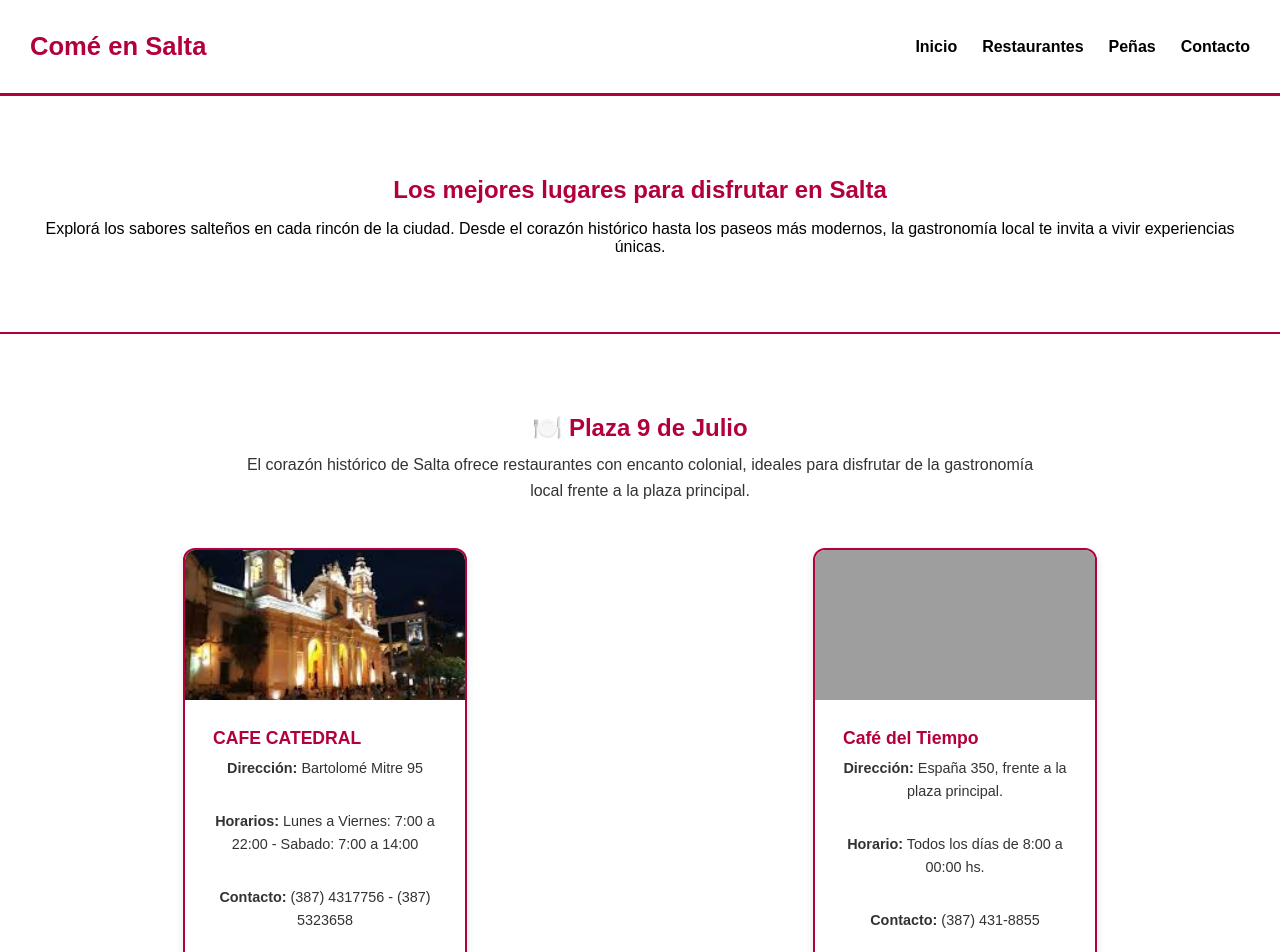
Repository: nahir95/come-en-salta
Page: restaurantes.html
These files come from the project's save history. The page is drawn as it stood at one moment and after the next save; the edit follows.
The browser window is 1280 px wide. The pictures show the part of the page from y = 0 to 952 px (the page is 3301 px tall before and 4339 px after).
Pictures or frames that could not be fetched are drawn as grey boxes.

Above is the page before, as saved 2025-11-12 01:02:48.

### restaurantes.html
<!doctype html>
<html lang="es">
<head>
  <meta charset="utf-8" />
  <meta name="viewport" content="width=device-width, initial-scale=1" />
  <title>Restaurantes - Comé en Salta</title>
  <link rel="stylesheet" href="style.css">
</head>

<body>
  <header>
    <h1>Comé en Salta</h1>
    <nav>
      <a href="index.html">Inicio</a>
      <a href="restaurantes.html">Restaurantes</a>
      <a href="penas.html">Peñas</a>
      <a href="#contacto">Contacto</a>
    </nav>
  </header>

  <main class="restaurantes">
    <section class="intro">
      <h2>Los mejores lugares para disfrutar en Salta</h2>
      <p>Explorá los sabores salteños en cada rincón de la ciudad. Desde el corazón histórico hasta los paseos más modernos, la gastronomía local te invita a vivir experiencias únicas.</p>
    </section>

    <!-- PLAZA 9 DE JULIO -->
<section id="plaza9" class="zona">
  <h2>🍽️ Plaza 9 de Julio</h2>
  <p>El corazón histórico de Salta ofrece restaurantes con encanto colonial, ideales para disfrutar de la gastronomía local frente a la plaza principal.</p>

  <div class="zona-grid">

    <!-- Restaurante 1 -->
    <article class="card restaurante">
      <img src="imagenes/cafe-catedral.jpeg" alt="El Solar del Convento">
      <div class="card-content">
        <h3>CAFE CATEDRAL</h3>
        <p><strong>Dirección:</strong> Bartolomé Mitre 95</p>
        <p><strong>Horarios:</strong> Lunes a Viernes: 7:00 a 22:00 - Sabado: 7:00 a 14:00</p>
        <p><strong>Contacto:</strong> (387) 4317756 - (387) 5323658</p>
        <div class="btns-resto">
          <a href="https://maps.app.goo.gl/VMKrjFsvunXBDcr2A" target="_blank" class="btn">📍 Cómo llegar</a>
          <a href="https://www.instagram.com/cafecatedral_?igsh=MnE1amYwa3dqeDF6" target="_blank" class="btn btn-secundario">📸 Instagram</a>
        </div>
      </div>
    </article>

    <!-- Restaurante 2 -->
    <article class="card restaurante">
      <img src="https://images.unsplash.com/photo-1565299624946-b28f40a0ae38?w=800" alt="Café del Tiempo">
      <div class="card-content">
        <h3>Café del Tiempo</h3>
        <p><strong>Dirección:</strong> España 350, frente a la plaza principal.</p>
        <p><strong>Horario:</strong> Todos los días de 8:00 a 00:00 hs.</p>
        <p><strong>Contacto:</strong> (387) 431-8855</p>
        <div class="btns-resto">
          <a href="https://maps.app.goo.gl/aVRKk2ktTgN1WvZt8" target="_blank" class="btn">📍 Cómo llegar</a>
          <a href="https://www.instagram.com/cafedeltiemposalta" target="_blank" class="btn btn-secundario">📸 Instagram</a>
        </div>
      </div>
    </article>

  </div>
</section>


    <!-- PASEO BALCARCE -->
    <section id="balcarce" class="zona">
      <h2>🎶 Paseo Balcarce</h2>
      <p>Uno de los lugares más animados de la ciudad. Aquí se mezclan la comida regional, la música y la vida nocturna salteña. Peñas, bares y restaurantes llenan de energía cada noche.</p>

      <div class="zona-grid">
        <article class="card">
          <img src="https://images.unsplash.com/photo-1528605248644-14dd04022da1?w=800" alt="Paseo Balcarce Salta">
          <h3>La Vieja Estación</h3>
          <p>Tradicional peña y restaurante con show en vivo. Ideal para probar empanadas y locro.</p>
        </article>
        <article class="card">
          <img src="https://images.unsplash.com/photo-1600891964599-f61ba0e24092?w=800" alt="Restaurante moderno en Balcarce">
          <h3>La Monumental</h3>
          <p>Restaurante moderno con opciones gourmet y coctelería de autor.</p>
        </article>
      </div>
    </section>

    <!-- PASEO GÜEMES -->
    <section id="guemes" class="zona">
      <h2>🍷 Paseo Güemes</h2>
      <p>La zona joven y moderna de Salta. Ideal para quienes buscan cocina contemporánea, bares y terrazas con estilo. Un punto de encuentro entre turistas y locales.</p>

      <div class="zona-grid">
        <article class="card">
          <img src="https://images.unsplash.com/photo-1615719413546-198b25453f85?w=800" alt="Paseo Güemes">
          <h3>El Charrúa</h3>
          <p>Especialidad en carnes a la parrilla y vinos de altura. Un clásico salteño imperdible.</p>
        </article>
        <article class="card">
          <img src="https://images.unsplash.com/photo-1551218808-94e220e084d2?w=800" alt="Café moderno">
          <h3>Baco Resto Bar</h3>
          <p>Ambiente moderno y excelente coctelería, ideal para compartir entre amigos.</p>
        </article>
      </div>
    </section>

    <!-- CADENAS DE COMIDAS RÁPIDAS -->
    <section id="rapidas" class="zona">
      <h2>🍔 Cadenas de Comidas Rápidas</h2>
      <p>También hay opciones para quienes buscan algo rápido y conocido. Las principales cadenas se encuentran cerca del centro y los shoppings.</p>

      <ul class="lista-rapidas">
        <li>McDonald’s – Shopping Alto NOA</li>
        <li>Burger King – Caseros 500</li>
        <li>Mostaza – Paseo Güemes</li>
        <li>Subway – Balcarce 50</li>
      </ul>
    </section>

    <!-- EXTRA: RESTAURANTES DESTACADOS -->
    <section id="destacados" class="zona">
      <h2>⭐ Recomendados por los turistas</h2>
      <p>Según visitantes y locales, estos son algunos de los restaurantes imperdibles para vivir la experiencia completa de la gastronomía salteña.</p>
      <div class="zona-grid">
        <article class="card">
          <img src="https://images.unsplash.com/photo-1504674900247-0877df9cc836?w=800" alt="Empanadas salteñas">
          <h3>Doña Salta</h3>
          <p>Empanadas caseras, locro y guisos típicos en un ambiente colonial.</p>
        </article>
        <article class="card">
          <img src="https://images.unsplash.com/photo-1601924582971-c8b28a3a13f1?w=800" alt="Locro salteño">
          <h3>El Patio de la Empanada</h3>
          <p>Conocido por su sabor auténtico y precios populares. Ideal para turistas.</p>
        </article>
      </div>
    </section>
  </main>

  <footer>
    Creado con ❤️ por Comé en Salta · 2025
  </footer>
</body>
</html>

### style.css
/* ==========================
   ESTILOS GENERALES
========================== */
body {
  margin: 0;
  font-family: 'Poppins', sans-serif;
  background-color: #fff;
  color: #000;
}

/* ==========================
   HEADER
========================== */
header {
  display: flex;
  justify-content: space-between;
  align-items: center;
  background-color: #fff;
  padding: 15px 30px;
  border-bottom: 3px solid #b3003c;
}

header h1 {
  color: #b3003c;
  font-size: 1.6rem;
}

nav {
  display: flex;
  gap: 25px;
}

nav a {
  text-decoration: none;
  color: #000;
  font-weight: 600;
  transition: color 0.3s ease;
}

nav a:hover {
  color: #b3003c;
}

/* ==========================
   CARRUSEL (HERO)
========================== */
.hero {
  position: relative;
  width: 100%;
  overflow: hidden;
}

.carousel-container {
  position: relative;
  width: 100%;
  height: 80vh;
}

.carousel {
  display: flex;
  width: 300%;
  transition: transform 0.8s ease-in-out;
}

.carousel img {
  width: 100%;
  height: 80vh;
  object-fit: cover;
  filter: brightness(0.7);
}

/* Botones del carrusel */
.btn-carrusel {
  position: absolute;
  top: 50%;
  transform: translateY(-50%);
  background-color: rgba(179, 0, 60, 0.8);
  color: white;
  border: none;
  font-size: 2rem;
  padding: 10px 15px;
  cursor: pointer;
  border-radius: 50%;
  transition: background 0.3s ease;
}

.btn-carrusel:hover {
  background-color: #b3003c;
}

#prev { left: 20px; }
#next { right: 20px; }

/* Texto sobre el carrusel */
.overlay {
  position: absolute;
  top: 50%;
  left: 50%;
  transform: translate(-50%, -50%);
  color: white;
  text-align: center;
  text-shadow: 0 2px 5px rgba(0,0,0,0.7);
}

.overlay h2 {
  font-size: 2rem;
  color: #fff;
  margin-bottom: 10px;
}

.overlay p {
  font-size: 1.2rem;
}

/* ==========================
   SECCIÓN INICIO
========================== */
.inicio {
  text-align: center;
  padding: 80px 20px;
  background-color: #fff;
}

.inicio h2 {
  color: #b3003c;
  font-size: 2rem;
  margin-bottom: 15px;
}

.inicio p {
  max-width: 800px;
  margin: 0 auto 30px auto;
  color: #333;
  line-height: 1.6;
}

/* BOTONES PRINCIPALES */
.inicio-buttons .btn {
  display: inline-block;
  margin: 10px;
  padding: 12px 24px;
  border: 2px solid #b3003c;
  border-radius: 8px;
  color: #b3003c;
  background: transparent;
  text-decoration: none;
  font-weight: 600;
  transition: all 0.3s ease;
}

.inicio-buttons .btn:hover {
  background: #b3003c;
  color: white;
}
/* ==========================
   SECCIÓN "POR QUÉ COMER EN SALTA"
========================== */
.porque {
  text-align: center;
  padding: 60px 20px;
  background-color: #f7f7f7;
  border-top: 2px solid #b3003c;
  border-bottom: 2px solid #b3003c;
}

.porque h2 {
  color: #b3003c;
  margin-bottom: 15px;
}

.porque p {
  max-width: 800px;
  margin: auto;
  font-size: 1.1rem;
  color: #333;
  line-height: 1.6;
}

/* ==========================
   SABORES
========================== */
.sabores {
  padding: 60px 20px;
  background-color: #fff;
  text-align: center;
}

.sabores h2 {
  color: #b3003c;
  margin-bottom: 25px;
}

.sabores-grid {
  display: grid;
  grid-template-columns: repeat(auto-fit, minmax(220px, 1fr));
  gap: 25px;
}

.plato {
  background: #fff;
  border-radius: 12px;
  border: 2px solid #b3003c;
  overflow: hidden;
  transition: transform 0.3s ease, box-shadow 0.3s ease;
}

.plato:hover {
  transform: scale(1.05);
  box-shadow: 0 4px 12px rgba(0,0,0,0.15);
}

.plato img {
  width: 100%;
  height: 160px;
  object-fit: cover;
}

.plato h3 {
  padding: 12px;
  color: #b3003c;
}

/* ==========================
   FRASE FINAL
========================== */
.frase {
  background: #b3003c;
  color: white;
  text-align: center;
  padding: 40px 10px;
  font-style: italic;
  font-size: 1.2rem;
}

/* ==========================
   FOOTER
========================== */
footer {
  background-color: #fff;
  color: #333;
  text-align: center;
  padding: 20px;
  border-top: 3px solid #b3003c;
  font-weight: 500;
}
.carousel-container {
  position: relative;
  overflow: hidden;
  width: 100%;
  height: 400px;
}

.carousel {
  display: flex;
  transition: transform 1s ease;
  width: 100%;
  height: 100%;
}

.carousel img {
  flex: 0 0 100%;
  width: 100%;
  height: 100%;
  object-fit: cover;
}
/* ==========================
   RESTAURANTES
========================== */
.restaurantes .intro {
  text-align: center;
  padding: 60px 20px;
}

.restaurantes .intro h2 {
  color: #b3003c;
  margin-bottom: 10px;
}

.restaurantes .zona {
  padding: 60px 20px;
  border-top: 2px solid #b3003c;
  background-color: #fff;
}

.restaurantes .zona h2 {
  color: #b3003c;
  margin-bottom: 10px;
  text-align: center;
}

.restaurantes .zona p {
  text-align: center;
  max-width: 800px;
  margin: 0 auto 30px auto;
  line-height: 1.6;
  color: #333;
}

.zona-grid {
  display: grid;
  grid-template-columns: repeat(auto-fit, minmax(250px, 1fr));
  gap: 25px;
}

.card {
  background: #fff;
  border: 2px solid #b3003c;
  border-radius: 10px;
  overflow: hidden;
  transition: transform 0.3s ease, box-shadow 0.3s ease;
}

.card:hover {
  transform: scale(1.05);
  box-shadow: 0 4px 12px rgba(0,0,0,0.15);
}

.card img {
  width: 100%;
  height: 180px;
  object-fit: cover;
}

.card h3 {
  margin: 12px;
  color: #b3003c;
}

.card p {
  margin: 0 12px 15px 12px;
  color: #333;
}

.lista-rapidas {
  max-width: 600px;
  margin: 0 auto;
  list-style: none;
  padding: 0;
  text-align: center;
}

.lista-rapidas li {
  background: #f8f8f8;
  border: 1px solid #b3003c;
  padding: 10px;
  border-radius: 6px;
  margin-bottom: 8px;
  color: #333;
  transition: background 0.3s;
}

.lista-rapidas li:hover {
  background: #b3003c;
  color: white;
}
/* === Tarjetas de restaurantes con info (más pequeñas) === */
.restaurante {
  background: #fff;
  border: 2px solid #b3003c;
  border-radius: 12px;
  overflow: hidden;
  width: 280px; /* 🔹 antes ocupaba todo el ancho, ahora más compacta */
  margin: 15px auto;
  box-shadow: 0 4px 10px rgba(0,0,0,0.1);
  transition: transform 0.3s ease, box-shadow 0.3s ease;
}

.restaurante:hover {
  transform: translateY(-5px);
  box-shadow: 0 6px 16px rgba(0,0,0,0.15);
}

.restaurante img {
  width: 100%;
  height: 150px; /* 🔹 antes 200px */
  object-fit: cover;
}

.restaurante .card-content {
  padding: 12px 16px; /* 🔹 menos padding */
}

.restaurante h3 {
  color: #b3003c;
  font-size: 1.1rem;
  margin-bottom: 8px;
}

.restaurante p {
  color: #333;
  margin: 4px 0;
  font-size: 0.9rem;
}

.btns-resto {
  display: flex;
  flex-direction: column; /* 🔹 botones uno debajo del otro */
  gap: 8px;
  margin-top: 10px;
}

.btns-resto .btn {
  display: inline-block;
  text-align: center;
  padding: 8px 12px;
  border: 2px solid #b3003c;
  border-radius: 8px;
  text-decoration: none;
  color: #b3003c;
  font-weight: 600;
  transition: all 0.3s ease;
  font-size: 0.9rem;
}

.btns-resto .btn:hover {
  background: #b3003c;
  color: #fff;
}

.btns-resto .btn-secundario {
  background: #b3003c;
  color: #fff;
}

.btns-resto .btn-secundario:hover {
  background: transparent;
  color: #b3003c;
}

/* === Contenedor general de las tarjetas === */
.zona-grid {
  display: flex;
  flex-wrap: wrap;
  justify-content: center;
  gap: 20px;
}

After the next save:
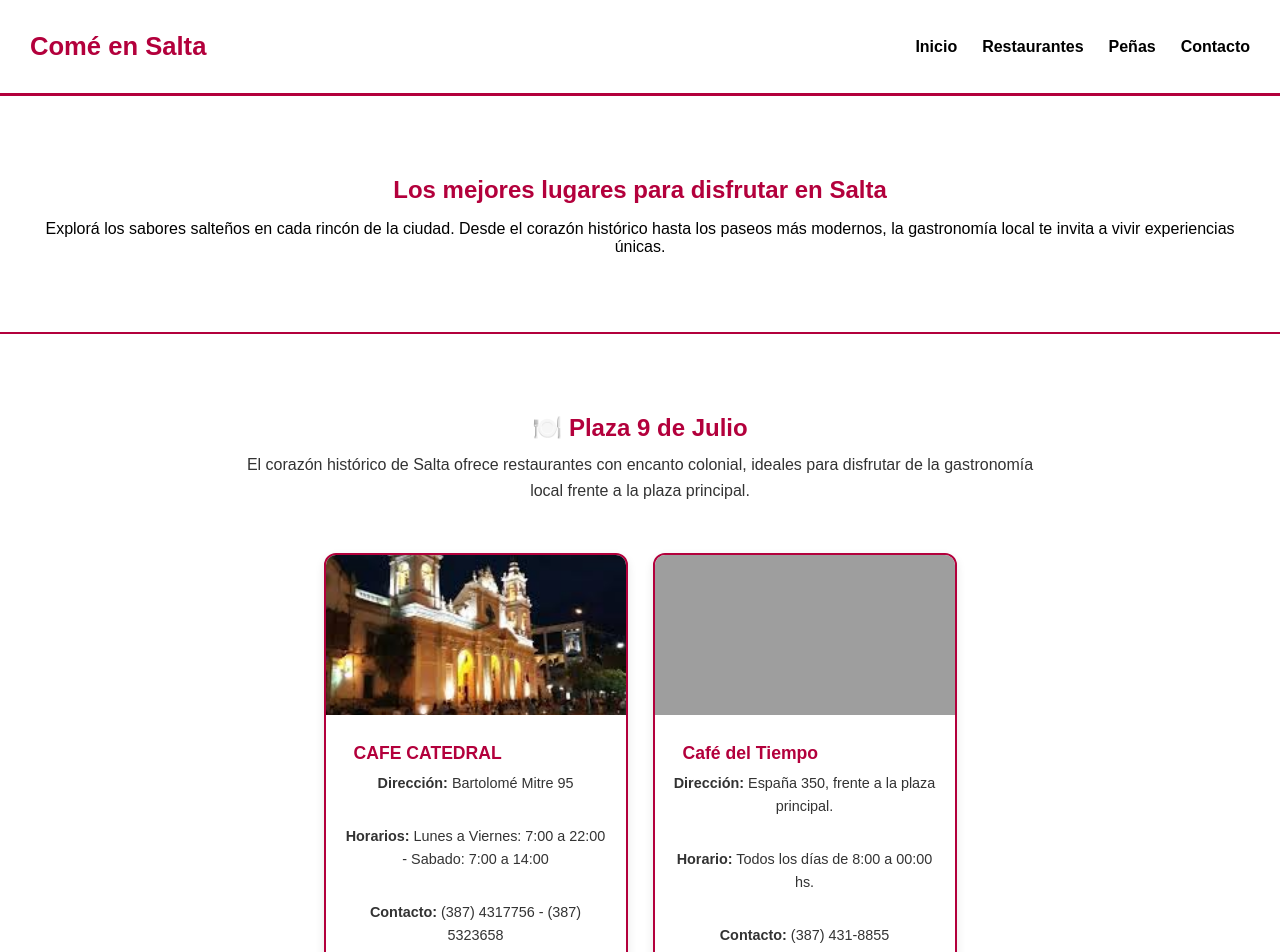
Saved 91 s later.
--- a/style.css
+++ b/style.css
@@ -353,14 +353,25 @@ footer {
   background: #b3003c;
   color: white;
 }
-/* === Tarjetas de restaurantes con info (más pequeñas) === */
+/* === Contenedor general de las tarjetas === */
+.zona-grid {
+  display: flex;
+  flex-wrap: wrap;
+  justify-content: center; /* 🔹 centra todas las tarjetas */
+  gap: 25px; /* espacio entre tarjetas */
+  max-width: 1000px; /* 🔹 limita el ancho total del grid */
+  margin: 0 auto; /* centra el bloque en la página */
+  padding: 20px;
+}
+
+/* === Tarjetas de restaurantes === */
 .restaurante {
   background: #fff;
   border: 2px solid #b3003c;
   border-radius: 12px;
   overflow: hidden;
-  width: 280px; /* 🔹 antes ocupaba todo el ancho, ahora más compacta */
-  margin: 15px auto;
+  flex: 1 1 calc(33.333% - 40px); /* 🔹 3 por fila con espacio */
+  max-width: 300px; /* evita que crezcan demasiado */
   box-shadow: 0 4px 10px rgba(0,0,0,0.1);
   transition: transform 0.3s ease, box-shadow 0.3s ease;
 }
@@ -372,12 +383,12 @@ footer {
 
 .restaurante img {
   width: 100%;
-  height: 150px; /* 🔹 antes 200px */
+  height: 160px;
   object-fit: cover;
 }
 
 .restaurante .card-content {
-  padding: 12px 16px; /* 🔹 menos padding */
+  padding: 12px 16px;
 }
 
 .restaurante h3 {
@@ -392,11 +403,13 @@ footer {
   font-size: 0.9rem;
 }
 
+/* === Botones === */
 .btns-resto {
   display: flex;
-  flex-direction: column; /* 🔹 botones uno debajo del otro */
+  justify-content: center;
   gap: 8px;
   margin-top: 10px;
+  flex-wrap: wrap;
 }
 
 .btns-resto .btn {
@@ -426,11 +439,3 @@ footer {
   background: transparent;
   color: #b3003c;
 }
-
-/* === Contenedor general de las tarjetas === */
-.zona-grid {
-  display: flex;
-  flex-wrap: wrap;
-  justify-content: center;
-  gap: 20px;
-}
